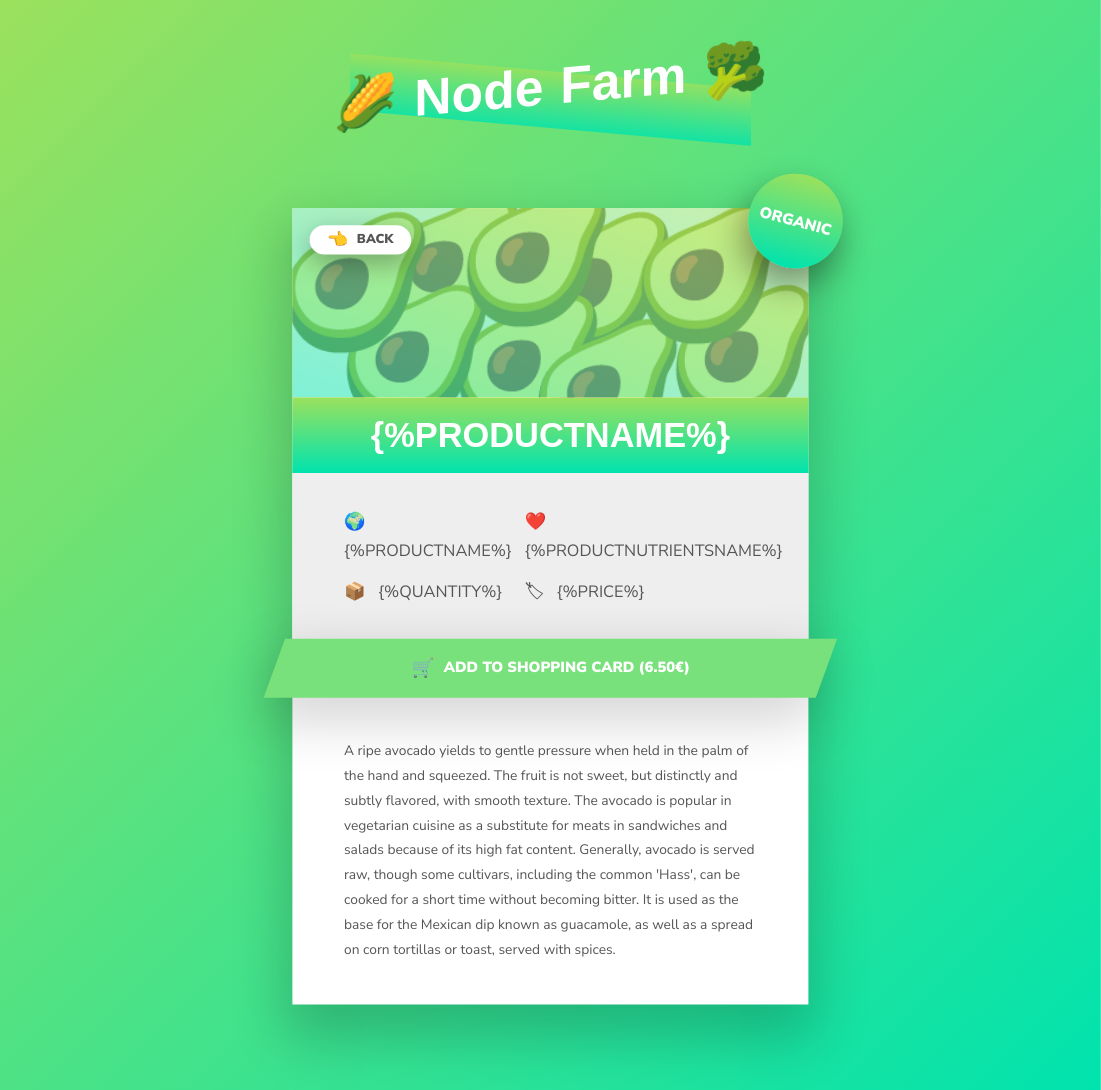
Repository: Tiantian-C/node2
Page: templates/product.html
An editor plug-in stored every save of this project. The page is shown before and after the next save, followed by the edit.
The browser window is 1280 px wide. The pictures show the whole page, at 86% of full size.
Some web fonts or font styles are not loaded; a fallback is used.

Above is the page before, as saved 2023-07-15 15:28:10.

### templates/product.html
<!DOCTYPE html>
<html lang="en">
  <head>
    <meta charset="UTF-8" />
    <meta name="viewport" content="width=device-width, initial-scale=1.0" />
    <meta http-equiv="X-UA-Compatible" content="ie=edge" />
    <link
      href="https://fonts.googleapis.com/css?family=Megrim|Nunito+Sans:400,900"
      rel="stylesheet"
    />
    <link
      rel="icon"
      href="https://emojipedia-us.s3.dualstack.us-west-1.amazonaws.com/thumbs/240/apple/155/ear-of-maize_1f33d.png"
    />

    <title>Fresh Avocados 🥑 /// NODE FARM</title>

    <style>
      *,
      *::before,
      *::after {
        margin: 0;
        padding: 0;
        box-sizing: inherit;
      }

      html {
        font-size: 62.5%;
        box-sizing: border-box;
      }

      body {
        padding: 5rem 5rem 10rem;
        line-height: 1.7;
        font-family: "Nunito Sans", sans-serif;
        color: #555;
        min-height: 100vh;
        background: linear-gradient(to bottom right, #9be15d, #00e3ae);
      }

      h1 {
        font-family: "Megrim", sans-serif;
        font-size: 6rem;
        color: white;
        transform: skewY(-5deg);
        text-align: center;
        position: relative;
        word-spacing: 3px;
      }

      h1::before {
        content: "";
        display: block;
        height: 65%;
        width: 49%;
        position: absolute;
        top: 105%;
        left: 50%;
        background: linear-gradient(to bottom, #9be15d, #00e3ae);
        opacity: 0.8;
        z-index: -1;
        transform: skewY(370deg) translate(-50%, -50%);
      }

      .container {
        width: 95rem;
        margin: 0 auto;
      }

      .product {
        width: 60rem;
        margin: 0 auto;
        margin-top: 9rem;
        background: white;
        box-shadow: 0 3rem 6rem 1rem rgba(0, 0, 0, 0.2);
        position: relative;
      }

      .product__hero {
        position: relative;
        height: 22rem;
        overflow: hidden;
      }

      .product__hero::before {
        content: "";
        display: block;
        height: 100%;
        width: 100%;
        position: absolute;
        top: 0;
        left: 0;
        background-image: linear-gradient(to left bottom, #9be15d, #00e3ae);
        opacity: 0.5;
        z-index: 100;
      }

      .product__emoji {
        font-size: 15rem;
        position: absolute;
      }

      .product__emoji--1 {
        top: -4rem;
        left: -2rem;
        z-index: 10;
      }

      .product__emoji--2 {
        top: -6rem;
        left: 9rem;
      }

      .product__emoji--3 {
        top: -4rem;
        right: 15rem;
      }

      .product__emoji--4 {
        top: -5rem;
        right: 2rem;
        z-index: 10;
      }

      .product__emoji--5 {
        bottom: -9rem;
        left: 18rem;
      }

      .product__emoji--6 {
        bottom: -8rem;
        left: 5rem;
      }

      .product__emoji--7 {
        bottom: -12rem;
        right: 14rem;
      }

      .product__emoji--8 {
        bottom: -8rem;
        right: -2rem;
      }

      .product__emoji--9 {
        top: -7rem;
        left: 19rem;
      }

      .product__organic {
        position: absolute;
        top: -4rem;
        right: -4rem;
        z-index: 1000;
        height: 11rem;
        width: 11rem;
        background-image: linear-gradient(to bottom, #9be15d, #00e3ae);
        border-radius: 50%;
        transform: rotate(15deg);
        box-shadow: 0 2rem 4rem rgba(0, 0, 0, 0.4);
        display: flex;
        align-items: center;
        justify-content: center;
      }

      .product__organic h5 {
        font-weight: 900;
        text-transform: uppercase;
        font-size: 1.8rem;
        color: white;
      }

      .product__back:link,
      .product__back:visited {
        position: absolute;
        top: 2rem;
        left: 2rem;
        font-size: 1.5rem;
        font-weight: 700;
        text-transform: uppercase;
        text-decoration: none;
        z-index: 1000;
        color: #555;
        background-color: white;
        box-shadow: 0 1rem 3rem rgba(0, 0, 0, 0.3);
        border-radius: 100rem;
        padding: 0 2rem;
        transition: all 0.3s;
        display: flex;
        align-items: center;
      }

      .product__back:hover,
      .product__back:active {
        background-color: #79e17b;
      }

      .product__name {
        background: linear-gradient(to bottom, #9be15d, #00e3ae);
        padding: 1rem;
        font-family: "Megrim", sans-serif;
        font-size: 4rem;
        color: white;
        text-align: center;
        word-spacing: 2px;
      }

      .product__details {
        background-color: #eee;
        padding: 4rem 6rem;
        font-size: 1.9rem;
        display: grid;
        grid-template-columns: 1fr 1fr;
        grid-gap: 1.5rem;
      }

      .product__description {
        padding: 5rem 6rem;
        font-size: 1.6rem;
        line-height: 1.8;
      }

      .product__link:link,
      .product__link:visited {
        display: block;
        background-color: #79e17b;
        color: white;
        font-size: 1.6rem;
        font-weight: 700;
        text-transform: uppercase;
        text-decoration: none;
        padding: 1.5rem;
        text-align: center;
        transform: scale(1.07) skewX(-20deg);
        box-shadow: 0 2rem 6rem rgba(0, 0, 0, 0.2);
        display: flex;
        align-items: center;
        justify-content: center;
        transition: all 0.3s;
      }

      .product__link:hover,
      .product__link:active {
        background-color: #9be15d;
        transform: scale(1.1) skewX(-20deg);
      }

      .product__link span {
        transform: skewX(20deg);
      }

      .emoji-left {
        font-size: 2rem;
        margin-right: 1rem;
      }

      .emoji-right {
        font-size: 2rem;
        margin-left: 1rem;
      }

      .not-organic {
        display: none;
      }
    </style>
  </head>

  <body>
    <div class="container">
      <h1>🌽 Node Farm 🥦</h1>

      <figure class="product">
        <div class="product__organic"><h5>Organic</h5></div>
        <a href="#" class="product__back">
          <span class="emoji-left">👈</span>Back
        </a>
        <div class="product__hero">
          <span class="product__emoji product__emoji--1">🥑</span>
          <span class="product__emoji product__emoji--2">🥑</span>
          <span class="product__emoji product__emoji--3">🥑</span>
          <span class="product__emoji product__emoji--4">🥑</span>
          <span class="product__emoji product__emoji--5">🥑</span>
          <span class="product__emoji product__emoji--6">🥑</span>
          <span class="product__emoji product__emoji--7">🥑</span>
          <span class="product__emoji product__emoji--8">🥑</span>
          <span class="product__emoji product__emoji--9">🥑</span>
        </div>
        <h2 class="product__name">{%PRODUCTNAME%}</h2>
        <div class="product__details">
          <p><span class="emoji-left">🌍</span> {%PRODUCTNAME%}</p>
          <p><span class="emoji-left">❤️</span> {%PRODUCTNUTRIENTSNAME%}</p>
          <p><span class="emoji-left">📦</span> {%QUANTITY%}</p>
          <p><span class="emoji-left">🏷</span> {%PRICE%}</p>
        </div>

        <a href="#" class="product__link">
          <span class="emoji-left">🛒</span>
          <span>Add to shopping card (6.50€)</span>
        </a>

        <p class="product__description">
          A ripe avocado yields to gentle pressure when held in the palm of the
          hand and squeezed. The fruit is not sweet, but distinctly and subtly
          flavored, with smooth texture. The avocado is popular in vegetarian
          cuisine as a substitute for meats in sandwiches and salads because of
          its high fat content. Generally, avocado is served raw, though some
          cultivars, including the common 'Hass', can be cooked for a short time
          without becoming bitter. It is used as the base for the Mexican dip
          known as guacamole, as well as a spread on corn tortillas or toast,
          served with spices.
        </p>
      </figure>
    </div>
  </body>
</html>

After the next save:
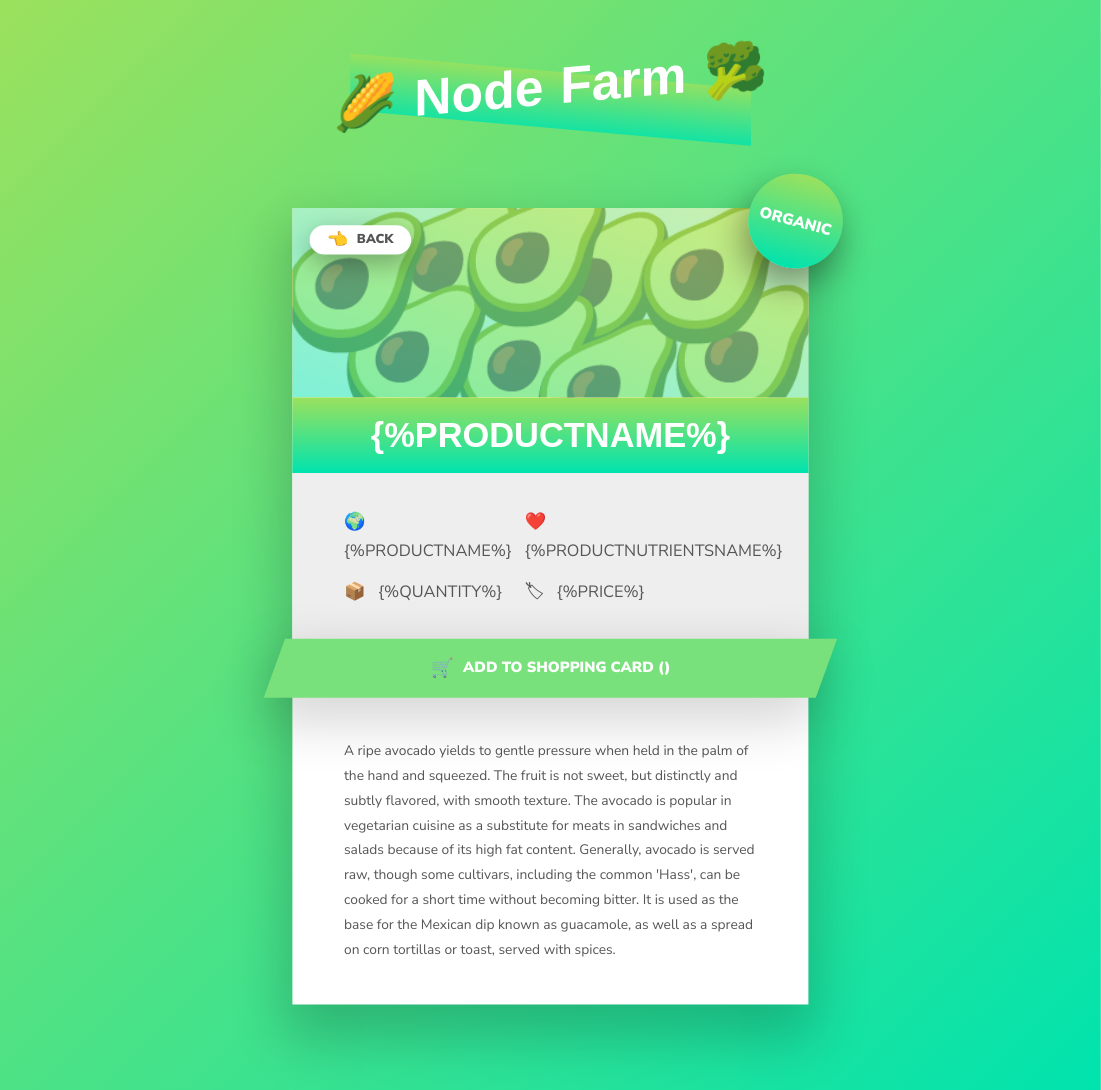
Saved 20 s later.
--- a/templates/product.html
+++ b/templates/product.html
@@ -295,7 +295,7 @@
 
         <a href="#" class="product__link">
           <span class="emoji-left">🛒</span>
-          <span>Add to shopping card (6.50€)</span>
+        <span>Add to shopping card ()</span>
         </a>
 
         <p class="product__description">
